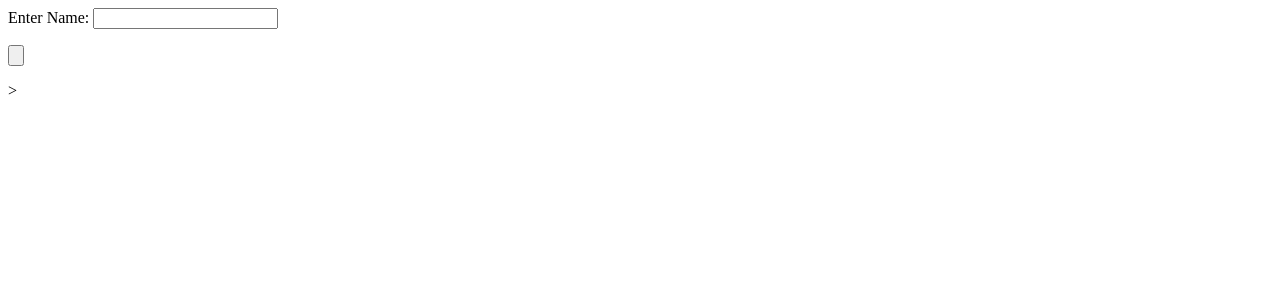
Repository: ace-archer/CIS261
Page: http://localhost/Week2Test.php
An editor plug-in stored every save of this project. The page is shown before and after the next save, followed by the edit.
The browser window is 1280 px wide. The pictures show the whole page.
The page is run by PHP 8.4 with error messages shown; the project is at /var/www/html/.

Above is the page before, as saved 2016-02-03 00:42:15.

After the next save:
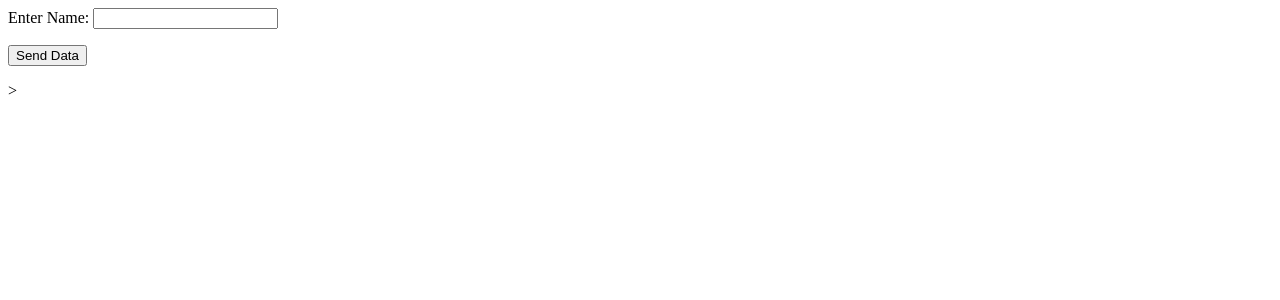
Saved 20 s later.
--- a/Week2/Week2PHP/Week2Test.php
+++ b/Week2/Week2PHP/Week2Test.php
@@ -2,7 +2,7 @@
 	<body>
 		<form action="Week2_Part2.php" method = "post">
 			<p>Enter Name: <input type="text" name="txtName"></p>
-			<input type="submit" value "Send Data"></input>
+			<input type="submit" value="Send Data"></input>
 		</form>>
 	</body>
 </html>
